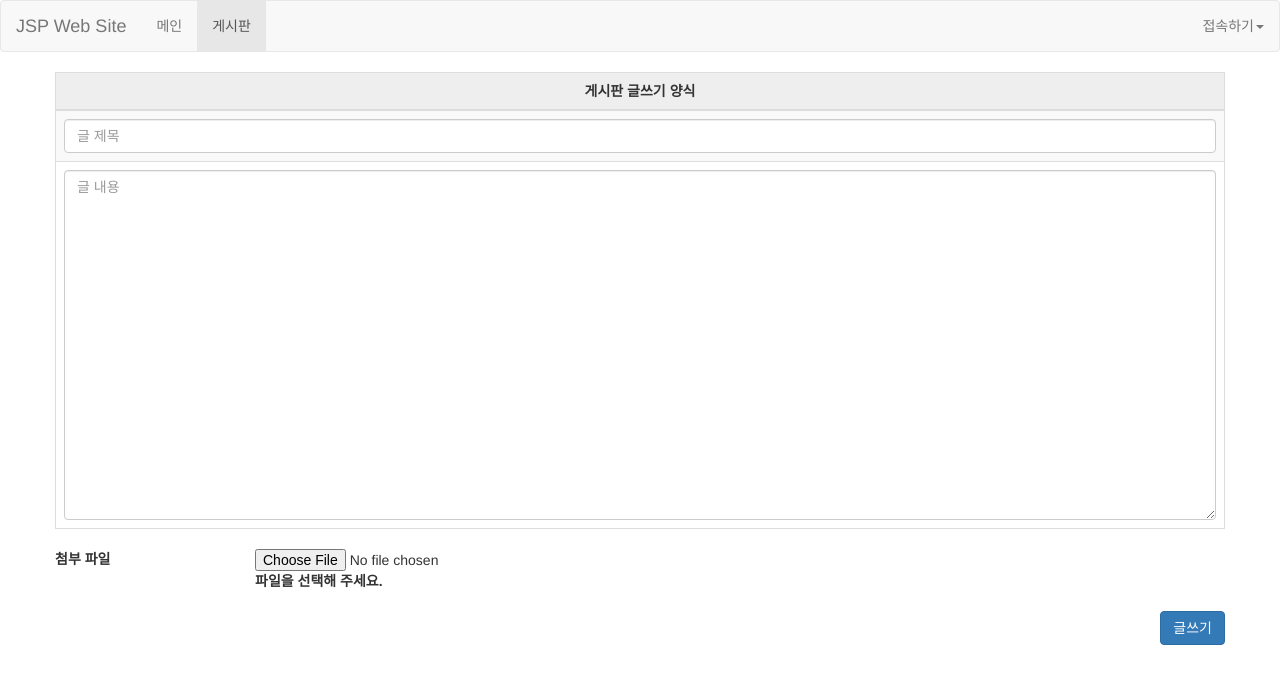
Repository: seung-kook/JSPBBSUPLOAD
Page: http://localhost/BBS/write.jsp
These files come from the project's save history. The page is drawn as it stood at one moment and after the next save; the edit follows.
The browser window is 1280 px wide. The pictures show the whole page.
Some web libraries are served in a nearby version. The page is served by Tomcat 9. Other server files are loaded and not shown.

Above is the page before, as saved 2022-03-15 01:20:33.

### BBS/src/main/webapp/write.jsp
<%@ page language="java" contentType="text/html; charset=UTF-8"
    pageEncoding="UTF-8"%>
<%@ page import="java.io.PrintWriter" %>
<!DOCTYPE html>
<html>
<head>
<meta http-equiv="Content-Type" content="text/html; charset=UTF-8">
<meta name="viewport" content="width=device-width, initial-scale=1">
<link rel="stylesheet" href="css/bootstrap.css">
<title>JSP Web Site</title>
</head>
<body>
	<%
		String userID = null;
		if (session.getAttribute("userID") != null) {
			userID = (String) session.getAttribute("userID");
		}
	%>
	<nav class="navbar navbar-default">
		<div class="navbar-header">
			<button type="button" class="navbar-toggle collapsed"
				data-toggle="collapse" data-target="#bs-example-navbar-collapse-1"
				aria-expanded="false">
				<span class="icon-bar"></span>
				<span class="icon-bar"></span>
				<span class="icon-bar"></span>
			</button>
			<a class="navbar-brand" href="main.jsp">JSP Web Site</a>
		</div>
		<div class="collapse navbar-collapse" id="bs-example-navbar-collapse-1">
			<ul class="nav navbar-nav">
				<li><a href="main.jsp">메인</a></li>
				<li class="active"><a href="bbs.jsp">게시판</a></li>
			</ul>
			<%
				if(userID == null) {
			%>
			<ul class="nav navbar-nav navbar-right">
				<li class="dropdown">
					<a href="#" class="dropdown-toggle"
						data-toggle="dropdown" role="button" aria-haspopup="true"
						aria-expanded="false">접속하기<span class="caret"></span></a>
					<ul class="dropdown-menu">
						<li><a href="login.jsp">로그인</a></li>
						<li><a href="join.jsp">회원가입</a></li>
					</ul>
				</li>
			</ul>
			<%
				} else {
			%>
			<ul class="nav navbar-nav navbar-right">
				<li class="dropdown">
					<a href="#" class="dropdown-toggle"
						data-toggle="dropdown" role="button" aria-haspopup="true"
						aria-expanded="false">회원관리<span class="caret"></span></a>
					<ul class="dropdown-menu">
						<li><a href="logoutAction.jsp">로그아웃</a></li>
					</ul>
				</li>
			</ul>
			<%
				}
			%>
		</div>
	</nav>
	<div class="container">
		<div class="row">
			<form method="post" action="writeAction.jsp" enctype="multipart/form-data">
				<table class="table table-striped" style="text-align: center; border: 1px solid #dddddd">
					<thead>
						<tr>
							<th colspan="2" style="background-color: #eeeeee; text-align: center;">게시판 글쓰기 양식</th>
						</tr>
					</thead>
					<tbody>
						<tr>
							<td><input type="text" class="form-control" placeholder="글 제목" name="bbsTitle" maxlength="50"></td>
						</tr>
						<tr>
							<td><textarea class="form-control" placeholder="글 내용" name="bbsContent" maxlength="2048" style="height: 350px;"></textarea></td>
						</tr>
					</tbody>
				</table>
	        <div class="form-group row">
	            <label for="inputFile" class="col-sm-2 col-form-label"><strong>첨부 파일</strong></label>
	            <div class="col-sm-10">
    	            <div class="custom-file" id="inputFile">
    	                <input name="file" type="file" class="custom-file-input" id="customFile">
        	            <label class="custom-file-label" for="customFile">파일을 선택해 주세요.</label>
        	        </div>
            	</div>
        	</div>
				<input type="submit" class="btn btn-primary pull-right" value="글쓰기">
			</form>
		</div>
	</div>
	<script src="https://code.jquery.com/jquery-3.1.1.min.js"></script>
	<script src="js/bootstrap.js"></script>
</body>
</html>

Loaded but not shown: BBS/src/main/webapp/css/bootstrap.css (library); BBS/src/main/webapp/js/bootstrap.js (library)

After the next save:
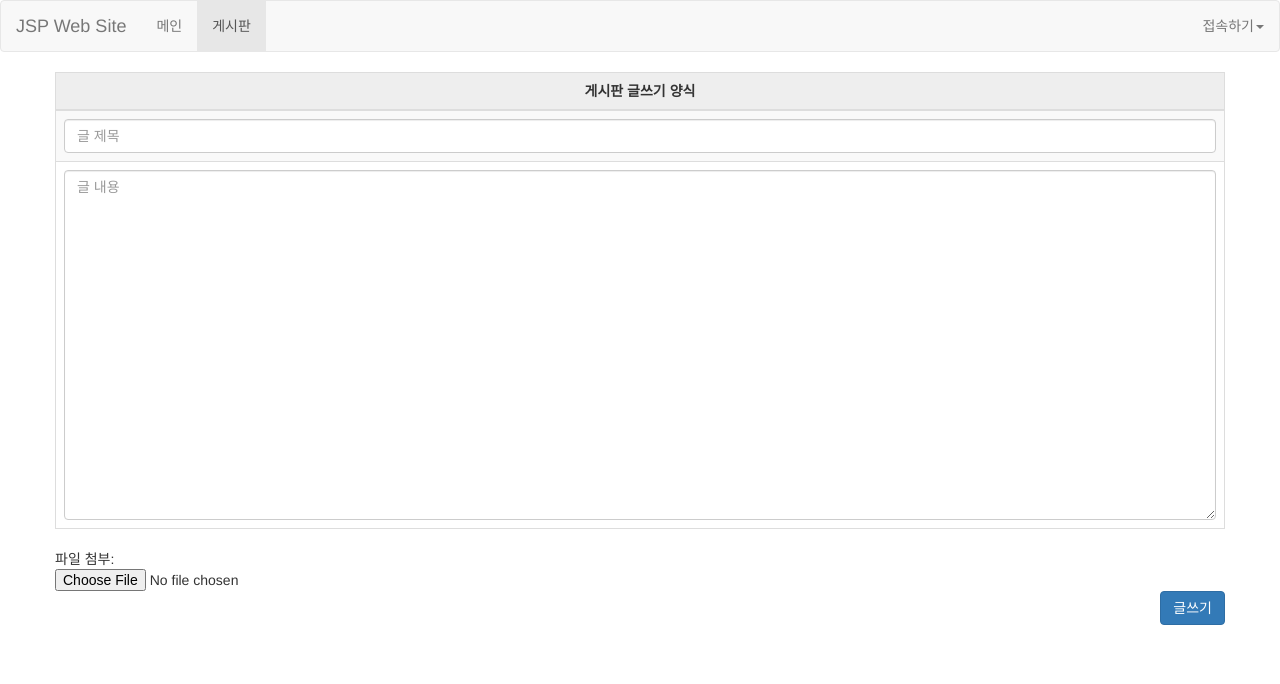
Saved 8 min 19 s later.
--- a/BBS/src/main/webapp/write.jsp
+++ b/BBS/src/main/webapp/write.jsp
@@ -82,15 +82,7 @@
 						</tr>
 					</tbody>
 				</table>
-	        <div class="form-group row">
-	            <label for="inputFile" class="col-sm-2 col-form-label"><strong>첨부 파일</strong></label>
-	            <div class="col-sm-10">
-    	            <div class="custom-file" id="inputFile">
-    	                <input name="file" type="file" class="custom-file-input" id="customFile">
-        	            <label class="custom-file-label" for="customFile">파일을 선택해 주세요.</label>
-        	        </div>
-            	</div>
-        	</div>
+				파일 첨부: <input type="file" name="file">
 				<input type="submit" class="btn btn-primary pull-right" value="글쓰기">
 			</form>
 		</div>
